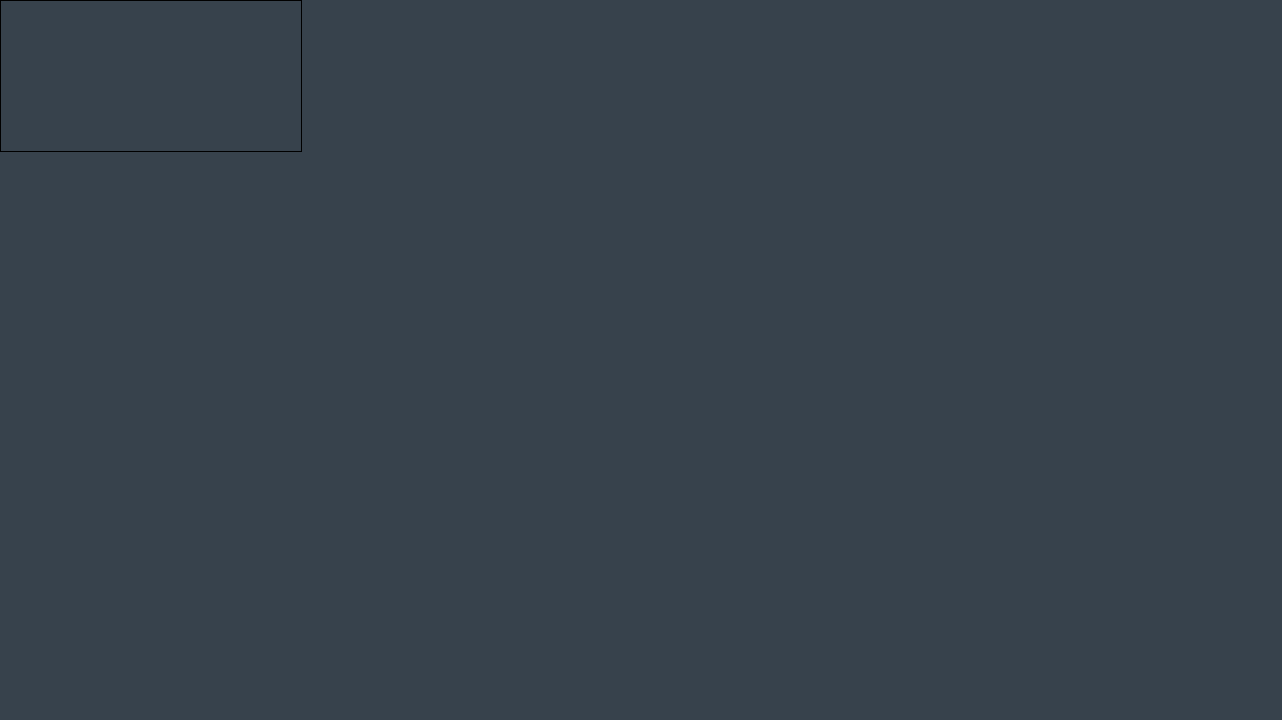
Repository: randy918/chris-canvas-52323
Page: index.html
The author's editor kept a copy of each file at every save. The page is drawn from the files as they stood at one save, then again after the next save.
The browser window is 1280 px wide. The page is 1280 px wide, then 1282 px, so the pictures cover 1282 px, including what lies to the right of the window. The pictures show the whole page.
The style sheet was rebuilt from its Sass, Less or Tailwind sources for each picture, by a compiler version that may differ from the author's.

Above is the page before, as saved 2023-05-24 15:53:32.
Console error: SyntaxError: missing ) after argument list

### index.html
<!DOCTYPE html>
<html lang="en">
	<head>
		<meta charset="UTF-8" />
		<meta http-equiv="X-UA-Compatible" content="IE=edge" />
		<meta
			name="viewport"
			content="width=device-width, initial-scale=1.0"
		/>
		<link
			rel="stylesheet"
			href="css/main.css"
			<script
			src="https://ajax.googleapis.com/ajax/libs/jquery/3.6.3/jquery.min.js"
			defer
		/>

		<title>Canvas Resize</title>
	</head>

	<body>
		<canvas></canvas>

		<script src="js/myfunctions.js"></script>
		<script src="js/index.js"></script>
	</body>
</html>

<!-- ca1f26ba6eb2ba4fb641257b39d3bea7 -->

### js/myfunctions.js
//todo   function r(min, max)  Random integers, can be just 'max'
//todo   function getTime()--works! it is 72519.1414 format
//todo   function getCompleteDate()
//todo   function getMinute()
//todo   function getHour()
//todo   function getHour00()
//todo   function get24Hour()
//todo   function get24Hour00()
//todo   function getDay()
//todo   function getDay00()
//todo   function getMonth()
//todo   function getMonth00()
//todo   function getYear()
//todo   function getYear00()
//todo   function t()    eternal timestamp long number
//todo   function placeText(myIdClass, text)   unsure if it works?
//todo   function placeText2(myIdClass, text)   unsure if it works?
//todo   function getText(myIdClass)....brings whole line incl. tags
//todo   function getInnerText(myIdClass)
//todo   function getOuterText(myIdClass)
//todo   function addClass(myIdClass, newClass)
//todo   function removeClass(myIdClass, removeClass)
//todo   function changeBackgroundColor(myIdClass, color)
//todo   function changeTypeColor(myIdClass, color)
//todo   function changeTypeSize(myIdClass, size)
//todo   function addCSSText(myIdClass, text)



function r(min, max) {
  // 2.0, accepts single value for 1-x
  if (max === undefined) {
    max = min;
    min = 1;
  }
  const randomNumber = min - 1 + Math.ceil(Math.random() * (max + 1 - min));
  return randomNumber;
}
// may not be a real function
function getTime() {
  var today = new Date();
  var codeMonth = today.getMonth() + 1;
  var codeDay = today.getDate();
  if (codeDay < 10) {
    codeDay = "0" + codeDay;
  }
  var codeMinute = today.getMinutes();
  var codeHour = today.getHours();
  if (codeMinute < 10) {
    codeMinute = "0" + codeMinute;
  }
  if (codeHour < 10) {
    codeHour = "0" + codeHour;
  }
  var codeYear = today.getFullYear() - 2000;
  var dateTime =
    codeMonth + "" + codeDay + "" + codeYear + "." + codeHour + "" + codeMinute;
  // document.getElementById(`timeStamp`).innerHTML = dateTime;
  t = setTimeout(function () {
    getTime();
  }, 30000);
  return dateTime;
}

function getCompleteDate() {
  const today = new Date();
  return today;
}

function getMinute() {
  const today = new Date();
  const codeMinute = today.getMinutes();
  if (codeMinute < 10) {
    codeMinute = "0" + codeMinute;
  }
  return codeMinute;
}

function getMinute00() {
  const today = new Date();
  let codeMinute = today.getMinutes();
  if (codeMinute < 10) {
    codeMinute = "0" + codeMinute;
  }
  return codeMinute;
}

function getHour() {
  const today = new Date();
  let codeHour = today.getHours();
  if (codeHour > 12) {
    codeHour = codeHour - 12;
  }
  return codeHour;
}

function getAmPm() {
  let amPm = "am";
  const today = new Date();
  let codeHour = today.getHours();
  if (codeHour > 12) {
    amPm = "pm";
  }
  return amPm;
}

function getHour00() {
  const today = new Date();
  const codeHour = today.getHours();
  if (codeHour > 12) {
    codeHour = codeHour - 12;
  }
  if (codeHour < 10) {
    codeHour = "0" + codeHour;
  }
  return codeHour;
}

function get24Hour() {
  const today = new Date();
  const codeHour = today.getHours();
  return codeHour;
}

function get24Hour00() {
  const today = new Date();
  const codeHour = today.getHours();
  if (codeHour < 10) {
    codeHour = "0" + codeHour;
  }
  return codeHour;
}

function getDayVerbal() {
  const today = new Date();
  const codeDay = today.getDay() + 1;
  return theDay[codeDay];
}

function getDay00() {
  const today = new Date();
  const codeDay = today.getDate();
  if (codeDay < 10) {
    codeDay = "0" + codeDay;
  }
  return codeDay;
}

function getDay() {
  const today = new Date();
  const codeDay = today.getDate();
  return codeDay;
}

function getMonthVerbal() {
  const today = new Date();
  const codeMonth = today.getMonth() + 1;
  return theMonth[codeMonth];
}

function getMonth00() {
  const today = new Date();
  const codeMonth = today.getMonth() + 1;
  if (codeMonth < 10) {
    codeMonth = "0" + codeMonth;
  }
  return codeMonth;
}

function getMonth() {
  const today = new Date();
  const codeMonth = today.getMonth() + 1;
  return codeMonth;
}

function getYear00() {
  const today = new Date();
  const codeYear = today.getYear() - 100;
  if (codeYear < 10) {
    codeMYear = "0" + codeYear;
  }
  return codeYear;
}

function getYear() {
  const today = new Date();
  const codeYear = today.getYear() + 1900;
  return codeYear;
}

function t() {
  const now = new Date();
  eventTimestamp = now.getTime();
  // c(eventTimestamp);
  return eventTimestamp;
}
//    !  72419.1659 DOM MANIPULATION
//!
//!  placeText   element name, and text to put there--runs loosely?

function placeText(myIdClass, text) {
  const myElement = document.querySelector(myIdClass);
  myElement.innerText = text;
}
//    the function is longer than the original
// $(myIdClass).text(text)   <---works
function placeText2(myIdClass, text) {
  $(myIdClass).text(text);
}
function getText(myIdClass) {
  return document.querySelector(myIdClass);
}

function getInnerText(myIdClass) {
  return document.querySelector(myIdClass).innerHTML;
}

function getOuterText(myIdClass) {
  return document.querySelector(myIdClass).outerHTML;
}

function addClass(myIdClass, newClass) {
  document.querySelector(myIdClass).classList.add(newClass);
}

function removeClass(myIdClass, removeClass) {
  document.querySelector(myIdClass).classList.remove(removeClass);
}
// not sure what this one is for now
function containsClass(myIdClass, containsClass) {
  document.querySelector(myIdClass).classList.contains(containsClass);
}
// above, can switch and toggle  also  mmtuts YOUTUBE 29-31 USING JAVASCRIPT
function changeBackgroundColor(myId, color) {
  document.getElementById(myId).style.background = color;

  // document.querySelector(myIdClass).style.backgroundColor = color;
}

function changeTypeColor(myIdClass, color) {
  document.querySelector(myIdClass).style.color = color;
}

function changeTypeSize(myIdClass, size) {
  document.querySelector(myIdClass).style.fontSize = size;
}

function addCSSText(myIdClass, text) {
  document.querySelector(myIdClass).style.cssText = text;
}

//!  72519.1714    Common Basic VARIABLE ARRAYS
var theDay = new Array(
  "Zero",
  "Sunday",
  "Monday",
  "Tuesday",
  "Wednesday",
  "Thursday",
  "Friday",
  "Saturday"
);
var theDayMin3 = new Array(
  "Zero",
  "Sun.",
  "Mon.",
  "Tues.",
  "Wed.",
  "Thurs.",
  "Fri.",
  "Sat."
);
var theDayMin2 = new Array("Zero", "S", "M", "Tu", "W", "Th", "F", "S");
var theDayMin1 = new Array("Zero", "S", "M", "T", "W", "T", "F", "S");
var theMonth = new Array(
  "Zero",
  "January",
  "February",
  "March",
  "April",
  "May",
  "June",
  "July",
  "August",
  "September",
  "October",
  "November",
  "December"
);
var theMonthMin = new Array(
  "Zero",
  "Jan.",
  "Feb.",
  "Mar.",
  "Apr.",
  "May",
  "June",
  "July",
  "Aug.",
  "Sept.",
  "Oct.",
  "Nov.",
  "Dec."
);

function showDateTimeFormat() {
  const today = new Date();
  const formattedDate = new Intl.DateTimeFormat("en-US").format(today);
  const consoleFunctioningMessage = `
Console functioning: ${getDayVerbal()}, ${getMonthVerbal()} ${getDay()} at ${getHour()}:${getMinute00()}${getAmPm()}
  `;
  return consoleFunctioningMessage;
}
showDateTimeFormat();

console.log(`%c${showDateTimeFormat()}`, "font-size: 20px; color: gray");

//console.log("%cThis is a default font style", "color: blue; font-size: 20px");

### js/index.js
//!  121822.0826        FUNCTIONS

const init = function () {
	main();
};

window.onload = function () {
	init();
};

//!  123122.1839        MAIN

const main = function () {
	//!  10123.1609  variables

	const canvas = document.querySelector("canvas");
	canvas.width = window.innerWidth;
    canvas.height = window.innerHeight;

    const c = canvas.getContext('2d');
    console.log(canvas);

	//!  10123.1609 functions

	//!  10123.161 0  main body
    c.fillRect(200, 200, 44, 233);

    //line
    c.beginPath();
    c.moveTo(50, 300);
    c.lineTo(100, 300);
    c.strokeStyle = "#fa343a"
    c.stroke();

    c.arc(x: 67, y: 55, r: 44, startAngle: drawCounterClockwise: Bool(false));



	//!  123122.1839  END


};

### css/main.scss
$colors: (
    bg: rgba(55, 66, 76, 1),
    theGreen: rgba(0, 173, 43, 1),
    theRed: rgba(194, 47, 51, 1),
    theOrange: rgba(255, 103, 0, 1),
    theRodeoPink: #f1a1a4,
    theRodeoBlue: #7f86b0,
    theYellow: rgb(221, 172, 94),
    theGray: rgb(78, 92, 107),
    theBackground: rgba(241, 227, 214, 1),
    theDarkGray: rgba(43, 50, 56, 1),
    theBrown: rgba(101, 42, 36, 1),
    bitByBitRed: rgba(240, 44, 80, 1),
    bitByBitBlue: rgba(0, 79, 136, 1),
    bitByBitBlonde: rgba(241, 227, 214, 1),
    bbb2-TranquilSea: rgba(188, 199, 203, 1),
    bbb2-RedMyMind: rgba(143, 57, 56, 1),
    bbb2-SnowyPine: rgba(226, 223, 216, 1),
    bbb2-Basswood: rgba(188, 166, 142, 1),
    bbb2-CompassBlue: rgba(51, 66, 87, 1),
);

@function getColor($color-name) {
    @return map-get($colors, $color-name);
}

* {
    box-sizing: border-box;
    border: none;
}

body {
    color: getColor(bbb2-TranquilSea);
    background: getColor(bg);
    margin: 0;
}

h1 {
}

#inputValue {
    width: 40vw;
    font-size: 2vw;
    outline: none;
}

#search {
    color: beige;
    background-color: getColor(theDarkGray);
    outline: none;
    font-size: 2vw;
}

canvas {
    border: 1px solid black;
}

After the next save:
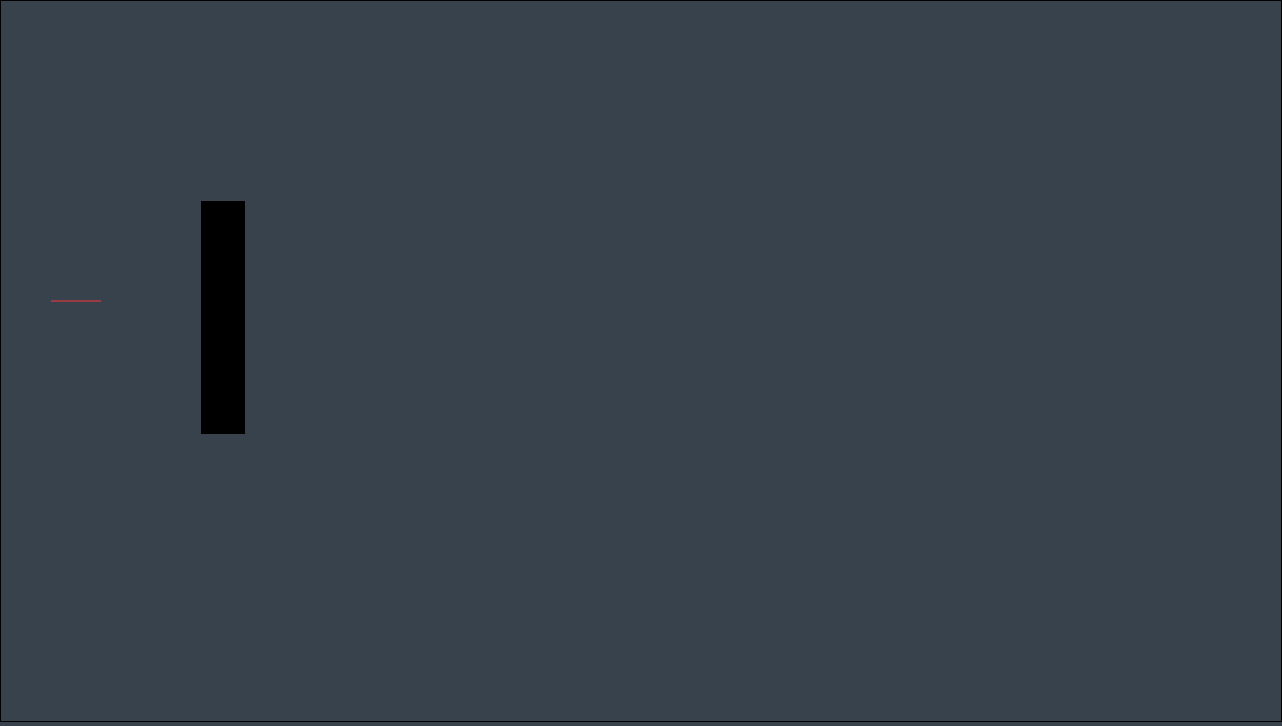
The error is gone.
Saved 58 s later.
--- a/js/index.js
+++ b/js/index.js
@@ -32,7 +32,6 @@ const main = function () {
     c.strokeStyle = "#fa343a"
     c.stroke();
 
-    c.arc(x: 67, y: 55, r: 44, startAngle: drawCounterClockwise: Bool(false));
 
 
 
